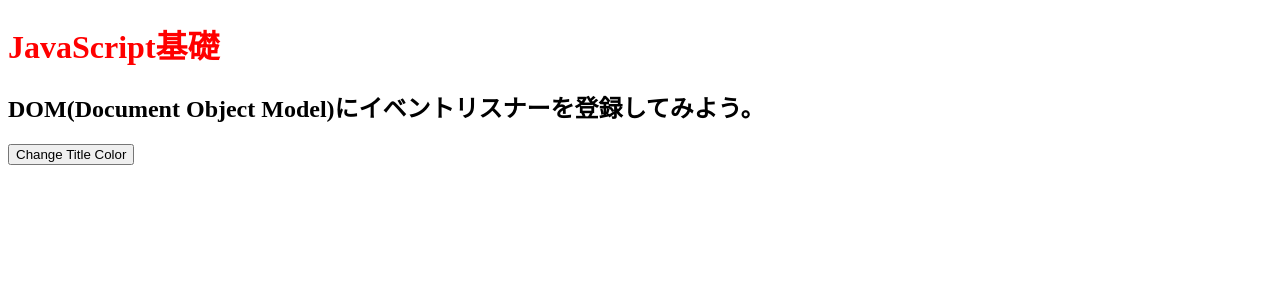
Repository: yuu2310/javascript
Page: environment/front-dev-tutorial-master/04_JavaScriptの基礎を固める/090_DOMにイベントを登録してみよう/start/index.html
The author's editor kept a record of every edit. The page is drawn from the files as they stood at one moment, then again after the next edit.
The browser window is 1280 px wide. The pictures show the whole page.
After loading, the first visible `#btn` was clicked once.

Above is the page before.

### environment/front-dev-tutorial-master/04_JavaScriptの基礎を固める/090_DOMにイベントを登録してみよう/start/main.js
const btn = document.querySelector('#btn');
const h1 = document.querySelector('h1');

function color(){
  h1.style.color = 'red';
}

btn.addEventListener('click', color);

Loaded but not shown: environment/front-dev-tutorial-master/04_JavaScriptの基礎を固める/090_DOMにイベントを登録してみよう/start/index.html (common file)

After the next edit:
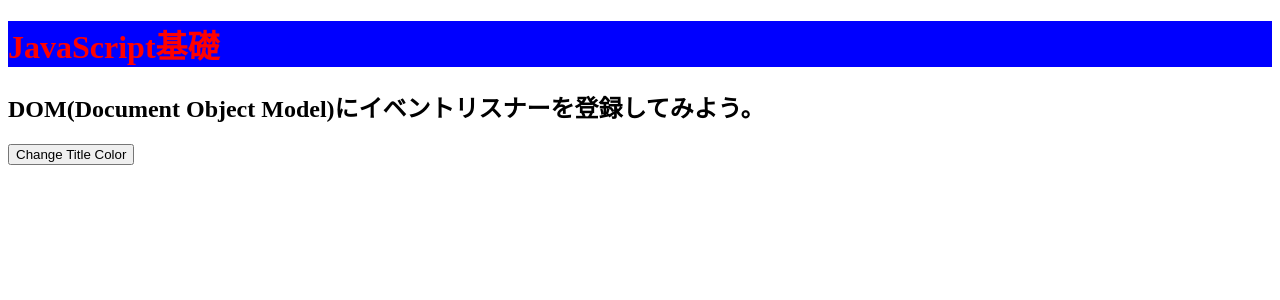
The edit:
--- a/environment/front-dev-tutorial-master/04_JavaScriptの基礎を固める/090_DOMにイベントを登録してみよう/start/main.js
+++ b/environment/front-dev-tutorial-master/04_JavaScriptの基礎を固める/090_DOMにイベントを登録してみよう/start/main.js
@@ -3,6 +3,7 @@
 
 function color(){
   h1.style.color = 'red';
+  h1.style.backgroundColor = 'blue';
 }
 
 btn.addEventListener('click', color);
